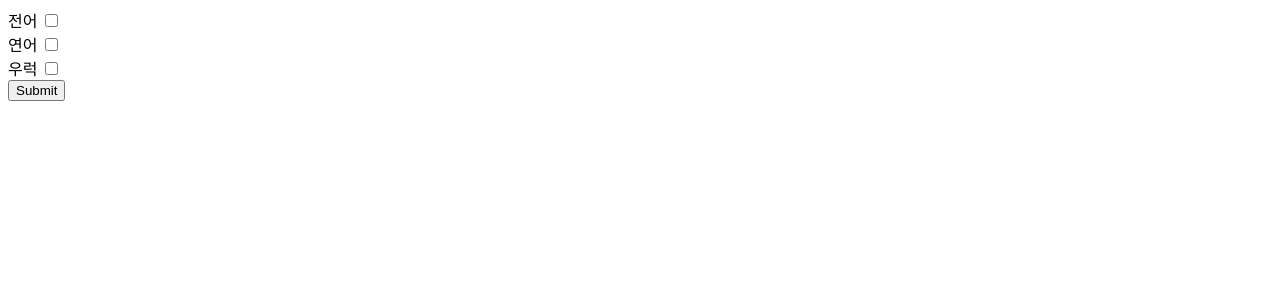
Repository: Dog-voice/king
Page: http://localhost/web_study/step4-form.jsp
An editor plug-in stored every save of this project. The page is shown before and after the next save, followed by the edit.
The browser window is 1280 px wide. The pictures show the whole page.
The page is served by Tomcat 9.

Above is the page before, as saved 2022-08-16 06:50:31.

After the next save:
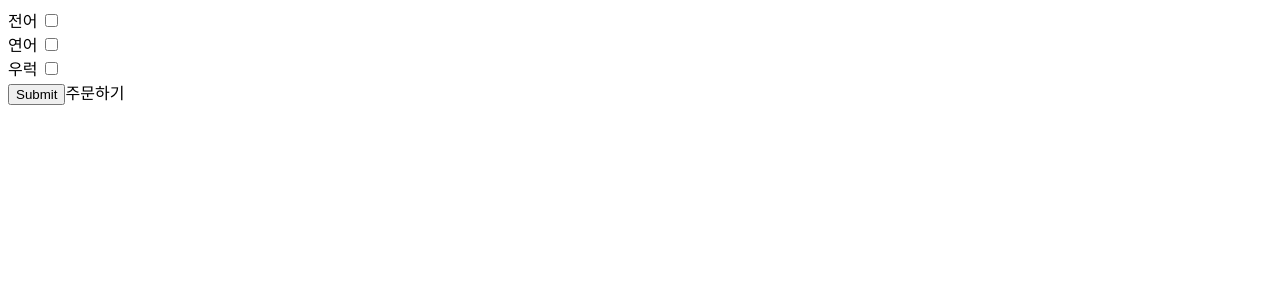
Saved 81 s later.
--- a/게시글등록(1)/web_study/src/main/webapp/step4-form.jsp
+++ b/게시글등록(1)/web_study/src/main/webapp/step4-form.jsp
@@ -24,10 +24,10 @@
      -->
 
      <form action="step4-action.jsp">
-           전어 <input type="checkbox" name="aa"> <br>
+           전어 <input type="checkbox" name="aa" > <br>
            연어 <input type="checkbox" name="bb"> <br>
            우럭 <input type="checkbox" name="cc"> <br>
-             <input type="submit" name="전송"><br>
+             <input type="submit" name="전송">주문하기<br>
           </form>
 
 </body>
